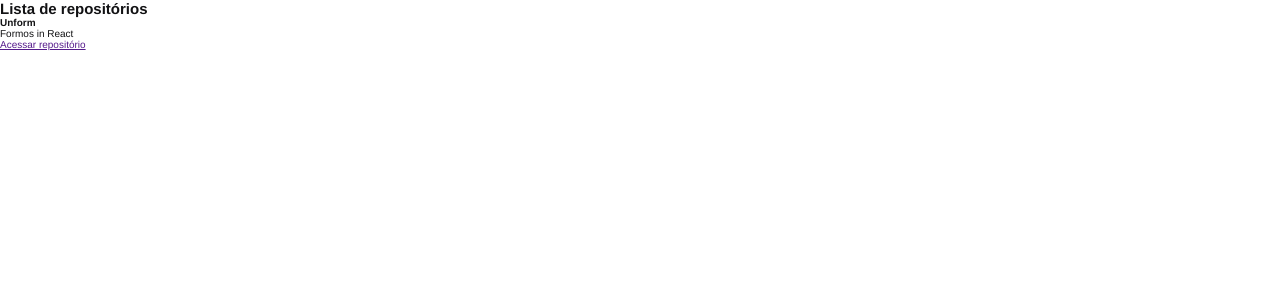
Repository: soualexandre/github-explore
Page: /
The author's editor kept a copy of each file at every save. The page is drawn from the files as they stood at one save, then again after the next save.
The browser window is 1280 px wide. The pictures show the whole page.
The project was rebuilt for these pictures with package versions that can differ from the ones it lists, and the page was loaded fresh each time. Also part of the build but not shown: webpack.config.js.

Above is the page before, as saved 2021-07-09 14:50:39.

After the next save:
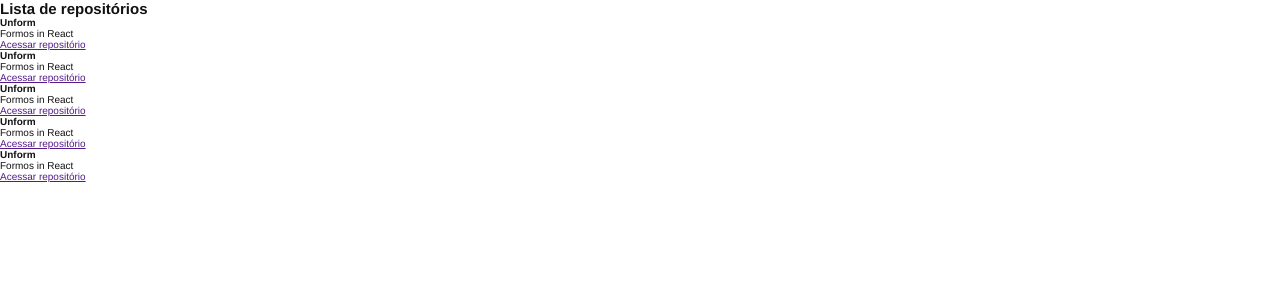
Saved 5 s later.
--- a/src/components/RepositoryList.jsx
+++ b/src/components/RepositoryList.jsx
@@ -7,6 +7,10 @@
             <h1>Lista de repositórios</h1>
             <ul>
                 <RepositoryItem/>
+                <RepositoryItem/>
+                <RepositoryItem/>
+                <RepositoryItem/>
+                <RepositoryItem/>
             </ul>
         </section>
     );
